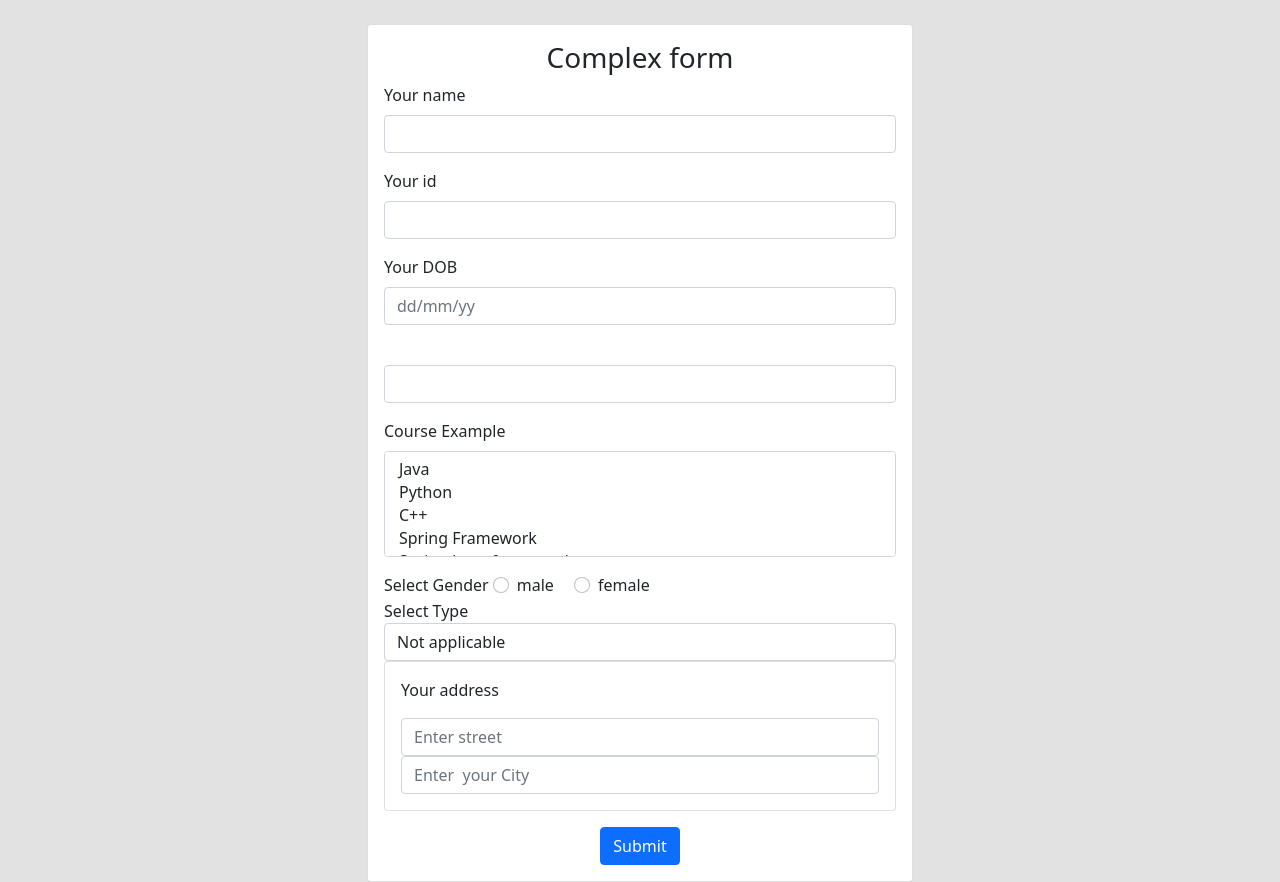
Repository: himanshurai26/Spring-Framewrok-code-
Page: http://localhost/SpringMvcSearch/WEB-INF/views/complex-form.jsp
These files come from the project's save history. The page is drawn as it stood at one moment and after the next save; the edit follows.
The browser window is 1280 px wide. The pictures show the whole page.
The page is served by Tomcat 9. Nobody is signed in. Other server files are loaded and not shown. The template is opened directly, without the code that normally fills it, so the values that code supplies are empty.

Above is the page before, as saved 2023-07-28 18:13:06.

### SpringMVC/SpringMvcSearch/src/main/webapp/WEB-INF/views/complex-form.jsp
<!doctype html>
<html lang="en">
  <head>
    <!-- Required meta tags -->
    <meta charset="utf-8">
    <meta name="viewport" content="width=device-width, initial-scale=1">

    <!-- Bootstrap CSS -->
    <link href="https://cdn.jsdelivr.net/npm/bootstrap@5.0.2/dist/css/bootstrap.min.css" rel="stylesheet" integrity="sha384-EVSTQN3/azprG1Anm3QDgpJLIm9Nao0Yz1ztcQTwFspd3yD65VohhpuuCOmLASjC" crossorigin="anonymous">

    <title>Complex form</title>
  </head>
  <body class="" style="background: #e2e2e2;">

   <div class="container mt-4">

   <div class="row">
   <div class="col-md-6 offset-md-3">
   <div class="card">
   <div class="card-body">
   <h3 class="text-center">Complex form</h3>
   <form action="handleform" method="post" >

   <div class="form-group">

  <div class="mb-3">
    <label for="exampleInputEmail1" class="form-label">Your name</label>
    <input type="text" class="form-control" id="exampleInputEmail1" name="name" aria-describedby="emailHelp">
    </div>

  <div class="mb-3">
    <label for="exampleInputId" class="form-label">Your id</label>
    <input type="text" class="form-control" id="exampleInputPassword1" name="id">
  </div>

  <div class="mb-3">
    <label for="exampleInputEmail1" class="form-label">Your DOB</label>
    <input type="text" class="form-control" id="exampleInputEmail1" name="date"  placeholder="dd/mm/yy" aria-describedby="emailHelp">
    </div>

   <div class="mb-3">
    <label for="exampleInputEmail1" class="form-label"></label>
    <input type="email" class="form-control" id="exampleInputEmail1" name="name" aria-describedby="emailHelp">
    </div>

    <div class="mb-3">
    <label for="formcontrolselect1" class="form-label">Course Example</label>
    <select
    class="form-control" id="exampleInputEmail1" name="subjects"  multiple>
 <option>Java</option>
 <option>Python</option>
 <option>C++</option>
 <option>Spring Framework</option>
 <option>Spring boot framework</option>
 <option>Jsp</option>
 </select>
    </div>

    <div class="form-group">
    <span class="mb-3">Select Gender</span>
    <div class="form-check form-check-inline">
    <input class="form-check-input"  type="radio" name="gender"
    id="inlineRadio1" value="male"><label
    class="form-check-Label" for="inlineRadio1">male
    </label>
    </div>
    <div class="form-check form-check-inline">
    <input class="form-check-input"  type="radio" name="gender"
    id="inlineRadio2" value="male"><label
    class="form-check-Label" for="inlineRadio2">female
    </label>
    </div>

    </div>

    <div class="form-group">
    <label for="">Select Type</label><select class="form-control"
    name="type">
    <option value="notapplicable">Not applicable</option>
    <option value="oldstudent">Old Student</option>
    <option value="normalstudent">Normal Student</option>
    </select>
    </div>

    <div class="card">
    <div class="card-body">


<p>Your address</p>

    <div class="form-group">
    <input type="text" class="form-control" placeholder="Enter street" />
    </div>

    <div class="form-group">
    <input type="text" class="form-control" placeholder="Enter  your City" />
    </div>
    </div>

    </div>

  <div class="container text-center mt-3">
  <button type="submit" class="btn btn-primary">Submit</button>
</div>

</div>
</form>

   </div>


   </div>

   </div>
   </div>
   </div>
















    <script src="https://cdn.jsdelivr.net/npm/bootstrap@5.0.2/dist/js/bootstrap.bundle.min.js" integrity="sha384-MrcW6ZMFYlzcLA8Nl+NtUVF0sA7MsXsP1UyJoMp4YLEuNSfAP+JcXn/tWtIaxVXM" crossorigin="anonymous"></script>

  </body>
</html>

After the next save:
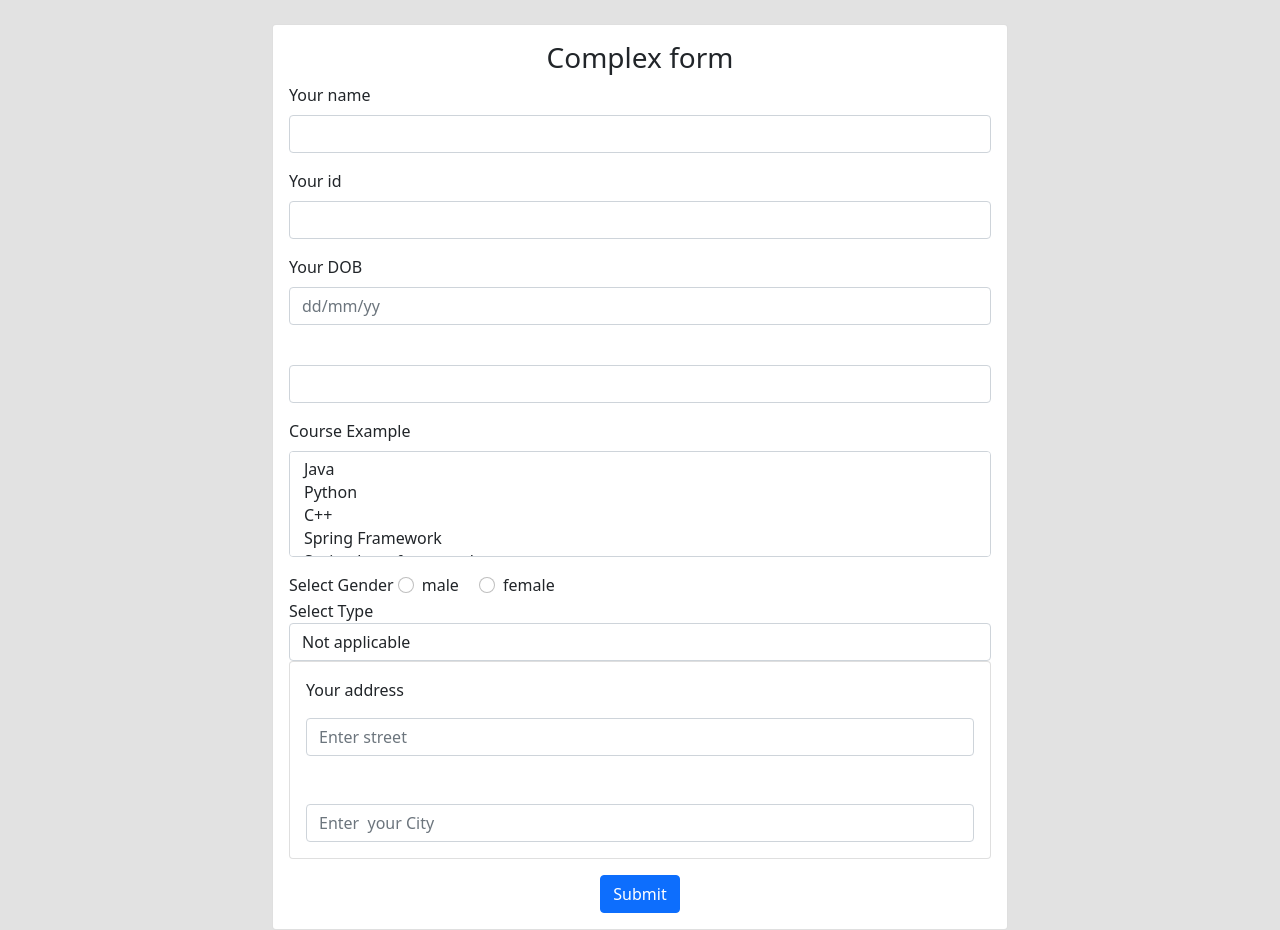
Saved 34 s later.
--- a/SpringMVC/SpringMvcSearch/src/main/webapp/WEB-INF/views/complex-form.jsp
+++ b/SpringMVC/SpringMvcSearch/src/main/webapp/WEB-INF/views/complex-form.jsp
@@ -15,7 +15,7 @@
    <div class="container mt-4">
 
    <div class="row">
-   <div class="col-md-6 offset-md-3">
+   <div class="col-md-8 offset-md-2">
    <div class="card">
    <div class="card-body">
    <h3 class="text-center">Complex form</h3>
@@ -91,7 +91,7 @@
     <div class="form-group">
     <input type="text" class="form-control" placeholder="Enter street" />
     </div>
-
+  <br><br>
     <div class="form-group">
     <input type="text" class="form-control" placeholder="Enter  your City" />
     </div>
